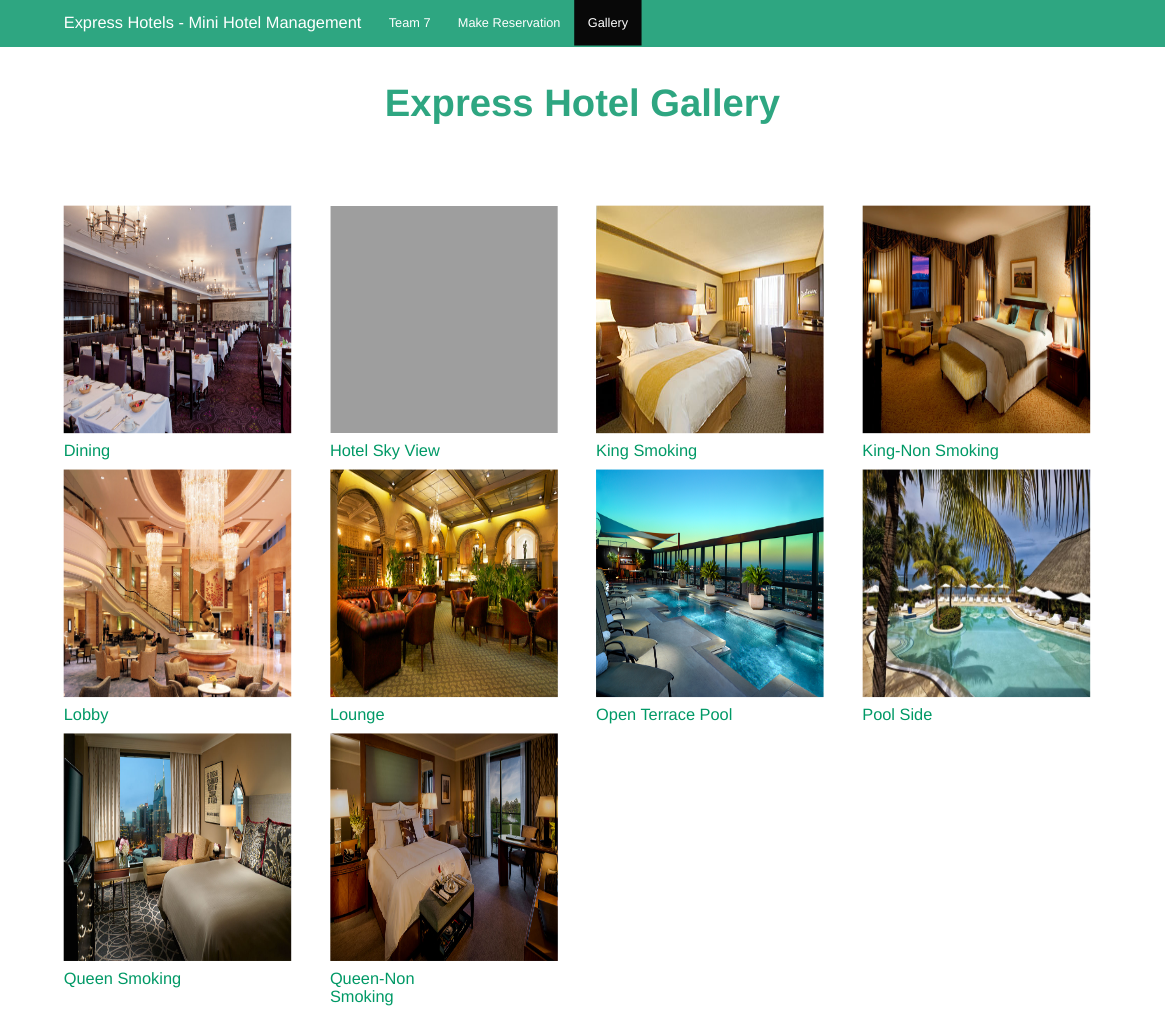
Repository: arjunshukla/CMPE-275_Team-07_Term-Project_Mini-Hotel-Manager
Page: NodeJS_webapp/client/hotel_gallery.html
The author's editor kept a record of every edit. The page is drawn from the files as they stood at one moment, then again after the next edit.
The browser window is 1280 px wide. The pictures show the whole page, at 91% of full size.
Pictures or frames that could not be fetched are drawn as grey boxes. Some web libraries are served in a nearby version.

Above is the page before.

After the next edit:
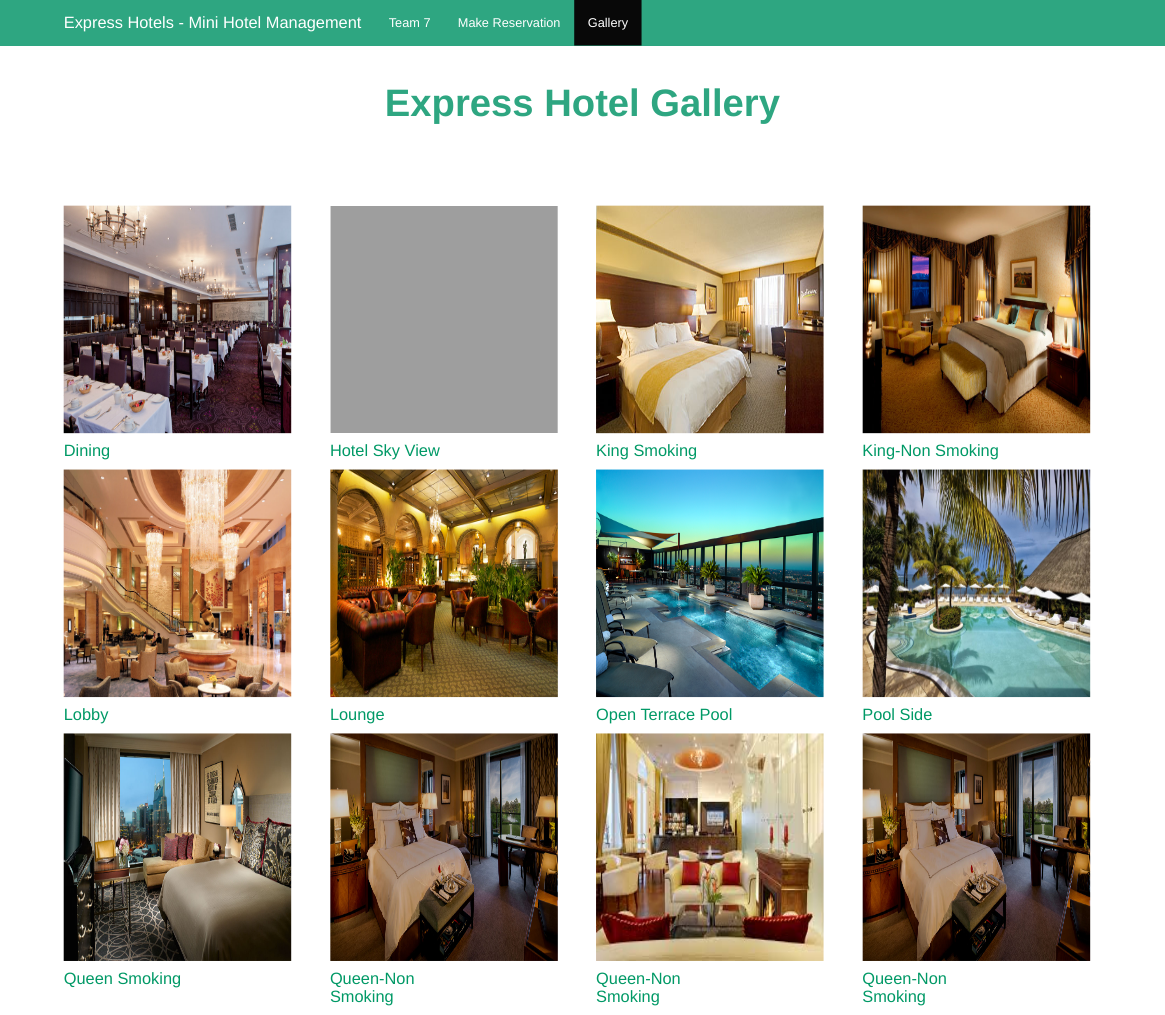
The edit:
--- a/NodeJS_webapp/client/hotel_gallery.html
+++ b/NodeJS_webapp/client/hotel_gallery.html
@@ -159,6 +159,20 @@
                      <!--<p><font style="color:black;" size="3">Building Server base structure, frontend, detabase schema design,mobile App, Reservation check & Checkin/Checkout Api</font></p>-->
                 </a>
             </div>
+            <div class="col-md-2 col-md-offset-1">
+                <a href="#" >
+                    <img src="images/image24.jpg" alt=""width="250" height="250">
+                    <h4 style="color:#009966;">Queen-Non Smoking</h4>
+                     <!--<p><font style="color:black;" size="3">Building Server base structure, frontend, detabase schema design,mobile App, Reservation check & Checkin/Checkout Api</font></p>-->
+                </a>
+            </div>
+            <div class="col-md-2 col-md-offset-1">
+                <a href="#" >
+                    <img src="images/Queen-Non Smoking.jpg" alt=""width="250" height="250">
+                    <h4 style="color:#009966;">Queen-Non Smoking</h4>
+                     <!--<p><font style="color:black;" size="3">Building Server base structure, frontend, detabase schema design,mobile App, Reservation check & Checkin/Checkout Api</font></p>-->
+                </a>
+            </div>
             <!-- <div class="col-md-2">-->
             <!--    <a href="#" class="thumbnail">-->
             <!--        <img src="images/sneha.jpg" alt="" height="130">-->
